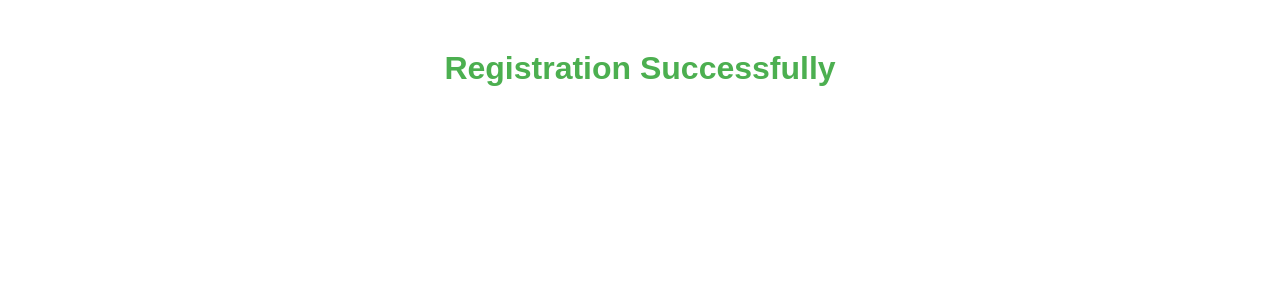
Repository: UnmeshNarayanKadam/JAVA-SPRING-HIBERNATE-PROGRAM
Page: http://localhost/spring-webapp/Confirmation.jsp
An editor plug-in stored every save of this project. The page is shown before and after the next save, followed by the edit.
The browser window is 1280 px wide. The pictures show the whole page.
The page is served by Tomcat 9.

Above is the page before, as saved 2023-02-27 07:16:48.

After the next save:
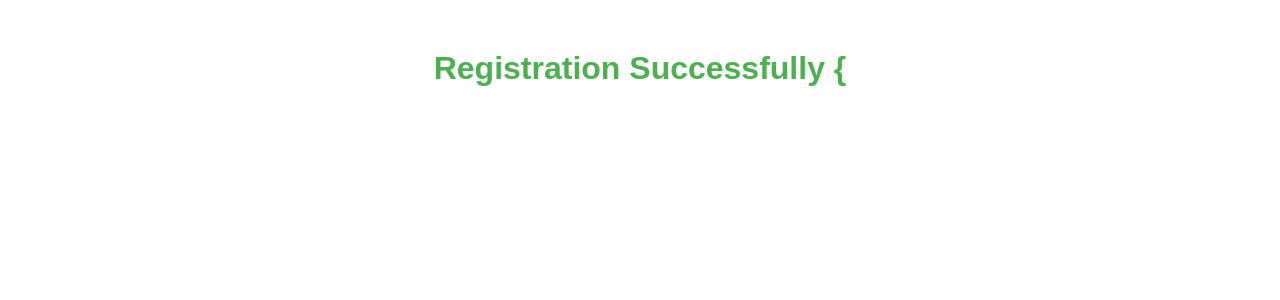
Saved 16 min 31 s later.
--- a/spring-webapp/src/main/webapp/Confirmation.jsp
+++ b/spring-webapp/src/main/webapp/Confirmation.jsp
@@ -16,6 +16,6 @@ h1 {
 </style>
 </head>
 <body>
-	<h1>Registration Successfully</h1>
+	<h1>Registration Successfully {</h1>
 </body>
 </html>
